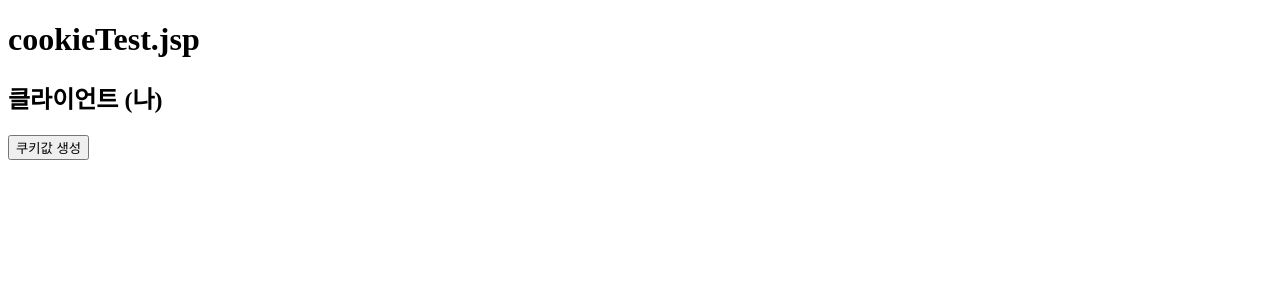
Repository: HeeYoung9/young9
Page: http://localhost/JSP7/jsp/cookieTest.jsp
These files come from the project's save history. The page is drawn as it stood at one moment and after the next save; the edit follows.
The browser window is 1280 px wide. The pictures show the whole page.
The page is served by Tomcat 9.

Above is the page before, as saved 2023-08-24 08:22:01.

### JSP7/src/main/webapp/jsp/cookieTest.jsp
<%@ page language="java" contentType="text/html; charset=UTF-8"
    pageEncoding="UTF-8"%>
<!DOCTYPE html>
<html>
<head>
<meta charset="UTF-8">
<title>cookieTest.jsp</title>
</head>
<body>

<h1>cookieTest.jsp</h1>
<h2> 클라이언트 (나) </h2>
<%
	// 쿠키값 확인

	// 쿠키 정보를 가져오기
	Cookie[] cookies = request.getCookies(); //저장해둔 쿠키 정보를 통째로 가져옴.
	// 쿠키 정보를 저장할 변수
	String value = "";

	// 내가 만든 쿠키가 있는지 확인(= 배열에서 값을 찾기)
	if(cookies != null){
		for(int i=0; i<cookies.length; i++){
			//쿠키정보 확인하기 (이름)
			if(cookies[i].getName().equals("name")){
				//내가 만든 쿠키가 있다.
				value = cookies[i].getValue();
			}
		}
	}


%>


<input type="button" value="쿠키값 생성" onclick="location.href='cookieSet.jsp'">


</body>
</html>

After the next save:
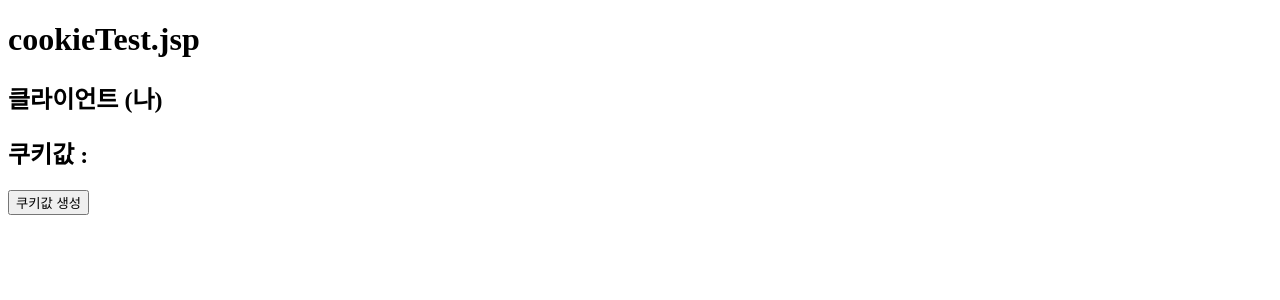
Saved 73 s later.
--- a/JSP7/src/main/webapp/jsp/cookieTest.jsp
+++ b/JSP7/src/main/webapp/jsp/cookieTest.jsp
@@ -28,9 +28,9 @@
 			}
 		}
 	}
+%>
 
-
-%>
+<h2> 쿠키값 : <%=value %></h2>
 
 
 <input type="button" value="쿠키값 생성" onclick="location.href='cookieSet.jsp'">
